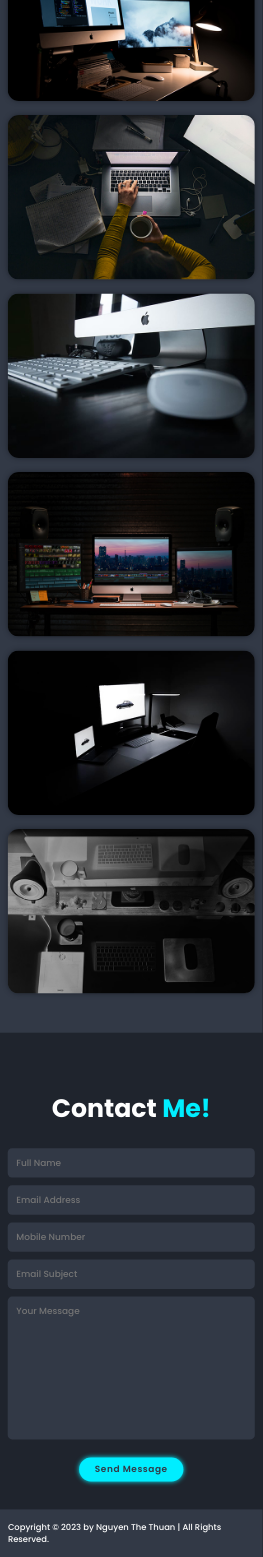
Repository: nguyenthethuan2004/portfolio
Page: index.html
These files come from the project's save history. The page is drawn as it stood at one moment and after the next save; the edit follows.
The browser window is 375 px wide. The pictures show the part of the page from y = 2946 to 5186 px (the page is 5170 px tall before and 5186 px after), at 70% of full size.

Above is the page before, as saved 2023-10-03 19:34:53.
Console error: ReferenceError: navbar is not defined

### index.html
<!DOCTYPE html>
<html lang="en">
  <head>
    <meta charset="UTF-8" />
    <meta name="viewport" content="width=device-width, initial-scale=1.0" />
    <title>Nguyen The Thuan</title>

    <!-- custom css -->

    <link rel="stylesheet" href="css/style.css" />

    <!-- box icon -->

    <link
      href="https://unpkg.com/boxicons@2.1.4/css/boxicons.min.css"
      rel="stylesheet"
    />
  </head>
  <body>

    <!-- header design -->

    <header class="header">
      <a href="#" class="logo" >Portfolio</a>

      <i class='bx bx-menu' id="menu-icon" ></i>

      <nav class="navbar">
        <a href="#home" class="active">Home</a>
        <a href="#about">About</a>
        <a href="#services">Services</a>
        <a href="#portfolio">Portfolio</a>
        <a href="#contact">Contact</a>
      </nav>
    </header>

    <!-- home setion design -->

    <section class="home" id="home">
      <div class="home-content">
        <h3>Hello, It's Me</h3>
        <h1>Nguyen The Thuan</h1>
        <h3>And I'm a <span>Fullstack Developer</span></h3>
        <p>
          Lorem ipsum dolor sit amet consectetur adipisicing elit. Repellat,
          modi? Quas sapiente blanditiis odit nam magni ad!
        </p>
        <div class="social-media">
          <a href=""><i class="bx bxl-facebook"></i></a>
          <a href=""><i class="bx bxl-github"></i></a>
          <a href=""><i class="bx bxl-linkedin"></i></a>
          <a href=""><i class="bx bxl-youtube"></i></a>
        </div>

        <a href="#" class="btn">Download CV</a>
      </div>

      <div class="home-img">
        <img
          src="Image/315543773_466116068957574_5528625686489521569_n (1).png" alt="Anh"
        />
      </div>
    </section>

    <!-- about section design -->

    <section class="about" id="about">
      <div class="about-img">
        <img src="Image/315543773_466116068957574_5528625686489521569_n (1).png" alt="">
      </div>
      <div class="about-content">
        <h2 class="heading">About <span>Me</span></h2>
        <h3>Graphic Design!</h3>
        <p>Lorem ipsum dolor sit amet consectetur adipisicing elit. Quaerat, nihil nemo quia aperiam voluptate iusto rerum commodi dicta animi accusantium ullam illum provident incidunt? Incidunt quas possimus quam tenetur. Eos expedita quis, nihil aperiam ab qui impedit sunt. Quam iusto dolorum voluptatum debitis in, delectus pariatur?</p>
        <a href="#" class="btn">Read More</a>
      </div>
    </section>

    <!-- services section design -->

    <section class="services" id="services">
      <h2 class="heading">Our <span>Services</span></h2>

      <div class="services-container">
        <div class="services-box">
          <i class='bx bx-code-alt'></i>
          <h3>Web Developer</h3>
          <p>Lorem ipsum dolor sit amet consectetur adipisicing elit. Voluptatem sit odit doloribus fuga sed eaque atque. Iusto at perferendis officiis!</p>
          <a href="#" class="btn">Read More</a>
        </div>

        <div class="services-box">
          <i class='bx bxs-paint' ></i>
          <h3>Graphic Design</h3>
          <p>Lorem ipsum dolor sit amet consectetur adipisicing elit. Voluptatem sit odit doloribus fuga sed eaque atque. Iusto at perferendis officiis!</p>
          <a href="#" class="btn">Read More</a>
        </div>

        <div class="services-box">
          <i class='bx bx-line-chart' ></i>
          <h3>Digital Marketing</h3>
          <p>Lorem ipsum dolor sit amet consectetur adipisicing elit. Voluptatem sit odit doloribus fuga sed eaque atque. Iusto at perferendis officiis!</p>
          <a href="#" class="btn">Read More</a>
        </div>
      </div>
    </section>

    <!-- portfolio section design -->

    <section class="portfolio" id="portfolio">
      <h2 class="heading">Latest <span>Project</span></h2>

      <div class="portfolio-container">
        <div class="portfolio-box">
          <img src="Image/1.jpg" alt="">
          <div class="portfolio-layer">
            <h4>Web Design</h4>
            <p>Lorem, ipsum dolor sit amet consectetur adipisicing elit. Accusamus, exercitationem?</p>
            <a href="#"><i class='bx bx-link-external' ></i></a>
          </div>
        </div>

        <div class="portfolio-box">
          <img src="Image/2.jpg" alt="">
          <div class="portfolio-layer">
            <h4>Web Design</h4>
            <p>Lorem, ipsum dolor sit amet consectetur adipisicing elit. Accusamus, exercitationem?</p>
            <a href="#"><i class='bx bx-link-external' ></i></a>
          </div>
        </div>

        <div class="portfolio-box">
          <img src="Image/3.jpg" alt="">
          <div class="portfolio-layer">
            <h4>Web Design</h4>
            <p>Lorem, ipsum dolor sit amet consectetur adipisicing elit. Accusamus, exercitationem?</p>
            <a href="#"><i class='bx bx-link-external' ></i></a>
          </div>
        </div>

        <div class="portfolio-box">
          <img src="Image/4.jpg" alt="">
          <div class="portfolio-layer">
            <h4>Web Design</h4>
            <p>Lorem, ipsum dolor sit amet consectetur adipisicing elit. Accusamus, exercitationem?</p>
            <a href="#"><i class='bx bx-link-external' ></i></a>
          </div>
        </div>

        <div class="portfolio-box">
          <img src="Image/5.jpg" alt="">
          <div class="portfolio-layer">
            <h4>Web Design</h4>
            <p>Lorem, ipsum dolor sit amet consectetur adipisicing elit. Accusamus, exercitationem?</p>
            <a href="#"><i class='bx bx-link-external' ></i></a>
          </div>
        </div>

        <div class="portfolio-box">
          <img src="Image/6.jpg" alt="">
          <div class="portfolio-layer">
            <h4>Web Design</h4>
            <p>Lorem, ipsum dolor sit amet consectetur adipisicing elit. Accusamus, exercitationem?</p>
            <a href="#"><i class='bx bx-link-external' ></i></a>
          </div>
        </div>
      </div>
    </section>

    <!-- contact section design -->

    <section class="contact" id="contact">
      <h2 class="heading">Contact <span>Me!</span></h2>

      <form action="#">
        <div class="input-box">
          <input type="text" placeholder="Full Name">
          <input type="email" placeholder="Email Address">
        </div>

        <div class="input-box">
          <input type="number" placeholder="Mobile Number">
          <input type="text" placeholder="Email Subject">
        </div>
        <textarea name="" id="" cols="30" rows="10" placeholder="Your Message"></textarea>
        <input type="submit" value="Send Message" class="btn">
      </form>
    </section>

    <!-- footer design -->
    <footer class="footer">
      <div class="footer-text">
        <p>Copyright &copy; 2023 by Nguyen The Thuan | All Rights Reserved.</p>
      </div>

      <div class="footer-iconTop">
        <a href="#home"><i class='bx bx-up-arrow-alt' ></i></a>
      </div>
    </footer>


          <!-- custom js -->
    <script src="js/script.js"></script>


  </body>
</html>

### css/style.css
    @import url('https://fonts.googleapis.com/css2?family=Poppins:ital,wght@0,300;0,500;0,600;0,700;0,800;0,900;1,300;1,400;1,500;1,600;1,700;1,800;1,900&display=swap');
* {
    margin: 0;
    padding: 0;
    box-sizing: border-box;
    text-decoration: none;
    border: none;
    outline: none;
    scroll-behavior:smooth;
    font-family: 'Poppins', sans-serif;
}

:root {
    --bg-color:#1f242d;
    --second-bg-color:#323946;
    --text-color:#fff;
    --main-color:#0ef;
}

html {
    font-size: 62.5%;
    overflow-x: hidden;
}

body {
    background: var(--bg-color);
    color: var(--text-color);
}

section {
    min-height: 100vh;
    padding: 10rem 9% 2rem;
}

.header {
    position: fixed;
    top: 0;
    left: 0;
    width: 100%;
    padding: 2rem 9%;
    background: var(--bg-color);
    display: flex;
    justify-content: space-between;
    align-items: center;
    z-index: 100;
}

.header .sticky {
    border-bottom:.1rem solid rgba(0, 0, 0,.2) ;
}

.logo {
    font-size: 2.5rem;
    color: var(--text-color);
    width: 600px;
    cursor: default;
}

.navbar a {
    font-size: 1.7rem;
    color: var(--text-color);
    margin-left: 4rem;
    transition: .3s;
}

.navbar a:hover,
.navbar a.active {
    color: var(--main-color);
}

#menu-icon {
    font-size: 3.6rem;
    color: var(--text-color);
    display: none;
}

.home {
    display: flex;
    justify-content: center;
    align-items: center;
}

.home-image {
    width: 32vw;
}

.home-content h3 {
    font-size: 3.2rem;
    font-weight: 700;
}


.home-content h3:nth-of-type(2) {
    margin-bottom: 2rem;
}

span {
    color: var(--main-color);
}

.home-content h1 {
    font-size: 5.6rem;
    font-weight: 700;
    line-height: 1.3;
}

.home-content p {
    font-size: 1.6rem;
}

.social-media a {
    display: inline-flex;
    justify-content: center;
    align-items: center;
    width: 4rem;
    height: 4rem;
    background: transparent;
    border: .2rem solid var(--main-color);
    border-radius: 50%;
    font-size: 2rem;
    color: var(--main-color);
    margin: 3rem 1.5rem 3rem 0;
    transition: .3s ease;
}
.social-media a:hover {
    background: var(--main-color);
    color: var(--second-bg-color);
    box-shadow: 0 0 1rem var(--main-color);
}

.btn {
    display: inline-block;
    padding: 1rem 2.8rem;
    background: var(--main-color);
    border-radius: 4rem;
    box-shadow: 0 0 1rem var(--main-color);
    font-size: 1.6rem;
    color: var(--second-bg-color);
    letter-spacing: .1rem;
    font-weight: 600;
    transition: .5s ease-in-out;
}

.btn:hover {
    box-shadow: none;

}

.about {
    display: flex;
    justify-content: center;
    align-items: center;
    gap: 2rem;
    background: var(--second-bg-color);
}

.about-img img {
    width: 35vw;
}

.heading {
    text-align: center;
    font-size: 4.5rem;
}

.about-content h2 {
    text-align: left;
    line-height: 1.2;
}

.about-content h3 {
    font-size:2.6rem;
}

.about-content p {
    font-size: 1.6rem;
    margin: 2rem 0 3rem 0;
}

.services h2 {
    margin-bottom: 5rem;
}

.services-container {
    display:flex;
    justify-content: center;
    align-items: center;
    flex-wrap: wrap;
    gap:2rem;
}

.services-container .services-box {
    flex: 1 1 30rem;
    background: var(--second-bg-color);
    padding: 3rem 2rem 4rem;
    border-radius: 2rem;
    text-align: center;
    border: .2rem solid var(--second-bg-color);
    transition: .5s ease;
}

.services-container .services-box:hover {
    border-color: var(--main-color);
    transform: scale(1.02);
}

.services-box i {
    font-size: 7rem;
    color: var(--main-color);
}

.services-box h3 {
    font-size: 2.6rem;
}

.services-box p {
    font-size: 1.6rem;
    margin: 1rem 0 3rem;
}

.portfolio {
    background:var(--second-bg-color) ;
}

.portfolio h2 {
    margin-bottom: 4rem;
}

.portfolio-container {
    display: grid;
    grid-template-columns: repeat(3, 1fr);
    align-items: center;
    gap: 2.5rem ;
}

.portfolio-container .portfolio-box {
    position: relative;
    border-radius: 2rem ;
    box-shadow: 0 0 1rem var(--bg-color);
    overflow: hidden;
    display: flex;
}

.portfolio-box img {
    width: 100%;
    transition: .5s ease;
}

.portfolio-box:hover img {
    transform: scale(1.1);
}

.portfolio-box .portfolio-layer {
    position: absolute;
    bottom: 0;
    left: 0;
    width: 100%;
    height: 100%;
    background: linear-gradient( rgba(0, 0, 0,.1), var(--main-color));
    display: flex;
    justify-content: center;
    align-items: center;
    flex-direction: column;
    text-align: center;
    padding: 0 4rem;
    transform: translateY(100%);
    transition: .5s ease;

}

.portfolio-box:hover .portfolio-layer {
    transform: translateY(0);

}

.portfolio-box .portfolio-layer h4 {
    font-size: 4rem;
}

.portfolio-layer p {
    font-size: 1.6rem;
    margin: .3rem 0 1rem 0;
}

.portfolio-layer a {
    display: inline-flex;
    justify-content: center;
    align-items: center;
    width: 3.7rem;
    height: 3.7rem;
    background:var(--text-color);
    border-radius: 50%;
}

.portfolio-layer a i {
    font-size: 2rem;
    color: var(--second-bg-color);
}

.contact h2 {
    margin-bottom: 3rem;
}

.contact form {
    max-width: 70rem;
    margin: 1rem auto;
    text-align: center;
    margin-bottom: 3rem;
}

.contact form .input-box {
    display: flex;
    justify-content: space-between;
    flex-wrap: wrap;
}

.contact form .input-box input,
.contact form textarea {
    width: 100%;
    padding: 1.5rem;
    font-size:1.6rem;
    color: var(--text-color);
    background: var(--second-bg-color);
    border-radius: .8rem;
    margin: .7rem 0;
}

.contact form .input-box input {
    width: 49%;
}

.contact form textarea {
    resize: none;
}

.contact form .btn {
     margin-top: 2rem;
     cursor: pointer;
}

.footer {
    display: flex;
    justify-content: space-between  ;
    align-items: center;
    flex-wrap: wrap;
    padding: 2rem 9%;
    background: var(--second-bg-color);
}

.footer-text {
    font-size: 1.5rem;
}

.footer-iconTop a {
    display: inline-flex;
    justify-content: center;
    align-items: center;
    padding: .8rem;
    background: var(--main-color);
    border-radius: .8rem;
    transition: .5s ease;
}

.footer-iconTop a:hover {
    box-shadow: 0 0 1rem var(--main-color);
}

.footer-iconTop a i {
    font-size: 2rem;
    color: var(--second-bg-color);
}

/* ---------------------------------BREAKPOINTS------------------------- */

@media (max-width:1200px) {
    html {
        font-size: 55%;
    }
}

@media (max-width:991px) {
    .header {
        padding: 2rem 3%;
    }

    section {
        padding: 10rem 3% 2rem;
    }

    .services {
        padding-bottom: 7rem;
    }

    .portfolio {
        padding-bottom: 7rem;
    }

    .contact {
        min-height: auto;
    }

    .footer {
        padding: 2rem 3%;
    }
}

@media (max-width:768px) {
    #menu-icon{
        display: block;
    }

    .navbar {
        position:  absolute;
        top: 100%;
        left: 0;
        width: 100%;
        padding: 1rem 3%;
        background: var(--bg-color);
        border-top: .1rem solid rgba(0, 0, 0,.2);
        box-shadow: 0 0.5rem 1rem rgba(0, 0, 0,.2);
        display: none;
    }

    .navbar .active {
        display: block;
    }

    .navbar a {
        display:block;
        font-size: 2rem;
        margin: 3rem 0;

    }

    .home {
        flex-direction: column;
    }

    .home-content h3 {
        font-size: 2.6rem;
    }

    .home-content h1 {
        font-size: 5rem;
    }

    .home-img img {
        width: 70vw;
        margin-top: 4rem;
    }

    .about {
        flex-direction: column-reverse;
    }

    .about img {
        width: 70vw;
        margin-top: 4rem;
    }

    .services h2 {
        margin-bottom: 3rem;
    }

    .portfolio h2 {
        margin-bottom: 3rem;
    }

    .portfolio-container {
        grid-template-columns: repeat(2, 1fr);
    }

    .footer .footer-iconTop {
        display: none;
    }
}

@media (max-width:617px) {
    .portfolio-container {
        grid-template-columns: 1fr;
    }

    .footer .footer-iconTop {
        display: none;
    }
}

@media (max-width:450px) {
    html {
        font-size: 50%;
    }

    .contact form .input-box input {
        width: 100%;
    }

    .footer .footer-iconTop {
        display: none;
    }
}

@media (max-width:365px) {
    .home-img img {
        width: 90vw;
    }

    .about-img img {
        width: 90vw;
    }

    .footer p {
        text-align: center;
        margin-top: 2rem;
    }

    .footer .footer-iconTop {
        display: none;
    }
}

### js/script.js
/*========================= toggle icon navbar ========================*/

let menuIcon = document.querySelector('#menu-icon');
let navbarIcon = document.querySelector('.navbar');

menuIcon.onclick = () => {
    menuIcon.classList.toggle('bx-x');
    navbar.classList.toggle('active');
};

/*========================= scroll sections avtive link ========================*/

 let sections = document.querySelectorAll('section');
 let navLinks = document.querySelectorAll('header nav a');

 window.onscroll = () => {
    sections.forEach(sec => {
        let top = window.scrollY;
        let offset = sec.offsetTop - 150;
        let height = sec.offsetHeight;
        let id =  sec.getAttribute('id');

        if (top >= offset && top < offset + height) {
            navLinks.forEach(links => {
                links.classList.remove('active');
                document.querySelector('header nav a[href*=' + id + ']').classList.add('active');

            });
        };
    });
    /*========================= sticky navbar =========================*/

    let header = document.querySelector('header');

    header.classList.toggle('sticky', window.scrollY > 100);

    /*========================= remove toggle icon and navbar when click navbar links ========================*/
    menuIcon.classList.remove('bx-x');
    navbar.classList.remove('active');
};

After the next save:
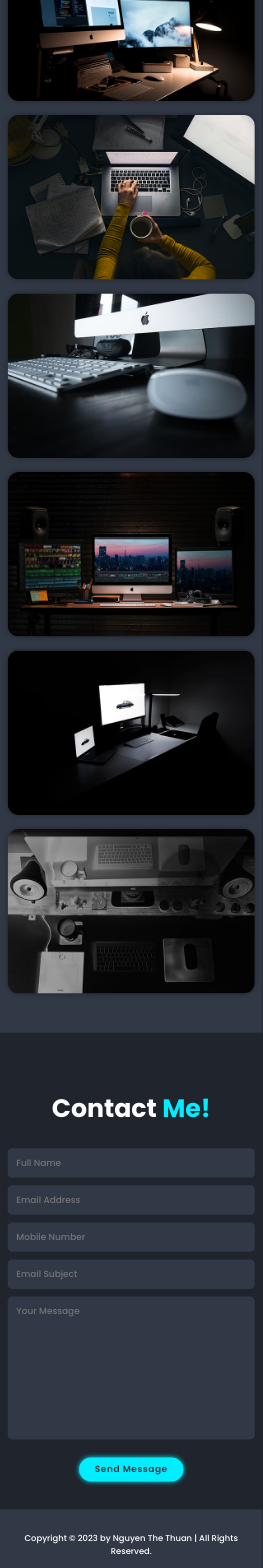
Saved 17 s later.
--- a/css/style.css
+++ b/css/style.css
@@ -483,6 +483,11 @@ span {
     .footer .footer-iconTop {
         display: none;
     }
+
+    .footer p {
+        text-align: center;
+        margin-top: 2rem;
+    }
 }
 
 @media (max-width:450px) {
